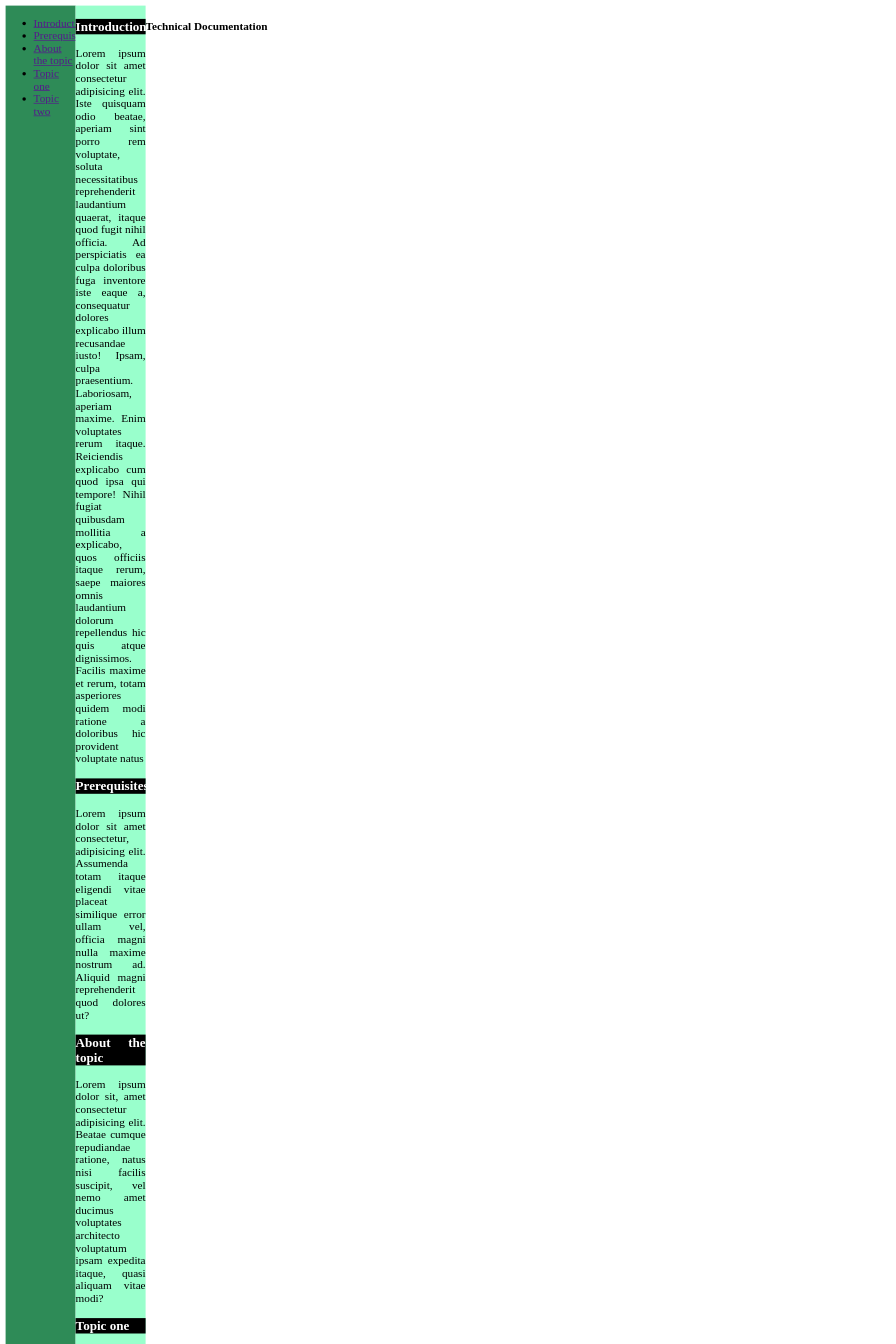
Repository: JoaoLemesDEV/Excercise-Tech-Documentation-Page
Page: index.html
The author's editor kept a copy of each file at every save. The page is drawn from the files as they stood at one save, then again after a run of saves.
The browser window is 1280 px wide. The pictures show the part of the page from y = 0 to 1920 px (the page is 2637 px tall before and 2690 px after), at 70% of full size.

Above is the page before, as saved 2021-10-03 21:23:47.

### index.html
<!DOCTYPE html>
<html lang="en">
  <head>
    <meta charset="UTF-8" />
    <meta http-equiv="X-UA-Compatible" content="IE=edge" />
    <meta name="viewport" content="width=device-width, initial-scale=1.0" />
    <title>Technical Documentaion</title>
    <link rel="stylesheet" href="index.css" />
  </head>
  <body>
    <div class="wrapper">
      <header><h4>Technical Documentation<br></h4></header>
      <div id="menu">
        <nav>
          <ul>
            <li><a href="">Introduction</a></li>
            <li><a href="">Prerequisites</a></li>
            <li><a href="">About the topic</a></li>
            <li><a href="">Topic one</a></li>
            <li><a href="">Topic two</a></li>
          </ul>
        </nav>
      </div>
      <div id="contents">
        <section id="introduction">
          <h3 style="background: black; color: white">Introduction</h3>
          <p>
            Lorem ipsum dolor sit amet consectetur adipisicing elit. Iste
            quisquam odio beatae, aperiam sint porro rem voluptate, soluta
            necessitatibus reprehenderit laudantium quaerat, itaque quod fugit
            nihil officia. Ad perspiciatis ea culpa doloribus fuga inventore
            iste eaque a, consequatur dolores explicabo illum recusandae iusto!
            Ipsam, culpa praesentium. Laboriosam, aperiam maxime. Enim
            voluptates rerum itaque. Reiciendis explicabo cum quod ipsa qui
            tempore! Nihil fugiat quibusdam mollitia a explicabo, quos officiis
            itaque rerum, saepe maiores omnis laudantium dolorum repellendus hic
            quis atque dignissimos. Facilis maxime et rerum, totam asperiores
            quidem modi ratione a doloribus hic provident voluptate natus
          </p>
        </section>
        <section id="Prerequisites">
          <h3 style="background: black; color: white">Prerequisites</h3>
          <p>
            Lorem ipsum dolor sit amet consectetur, adipisicing elit. Assumenda
            totam itaque eligendi vitae placeat similique error ullam vel,
            officia magni nulla maxime nostrum ad. Aliquid magni reprehenderit
            quod dolores ut?
          </p>
        </section>
        <section id="about the topic">
          <h3 style="background: black; color: white">About the topic</h3>
          <p>
            Lorem ipsum dolor sit, amet consectetur adipisicing elit. Beatae
            cumque repudiandae ratione, natus nisi facilis suscipit, vel nemo
            amet ducimus voluptates architecto voluptatum ipsam expedita itaque,
            quasi aliquam vitae modi?
          </p>
        </section>
        <section id="topic one">
          <h3 style="background: black; color: white">Topic one</h3>
          <p>
            Lorem ipsum dolor sit, amet consectetur adipisicing elit.
            Consectetur modi quidem minima, reprehenderit autem itaque, in
            voluptas laudantium quam ratione animi fuga voluptatum aut beatae
            dolorem velit soluta? Amet, quo.
          </p>
        </section>
        <section id="topic two">
          <h3 style="background: black; color: white">Topic two</h3>
          <p>
            Lorem ipsum dolor sit amet consectetur adipisicing elit. Quia,
            possimus fugit deleniti, maiores asperiores non dolores optio magnam
            aspernatur amet dolore ipsum in quaerat assumenda neque totam sunt
            odit dolorum.
          </p>
        </section>
      </div>
    </div>
  </body>
</html>

### index.css
#menu{
background-color: seagreen;
grid-row-start: 1;
grid-row-end: 2;

}

.wrapper {
    display: grid;
    grid-template-columns: 100px 100px 200px;
    //grid-template-rows: 150px 150px;
}

#contents{
  background-color: cadetblue;
	background: #9FC;
  text-align: justify;
  grid-row-start: 1;
  grid-row-end: 2;
}

After the next 2 saves:
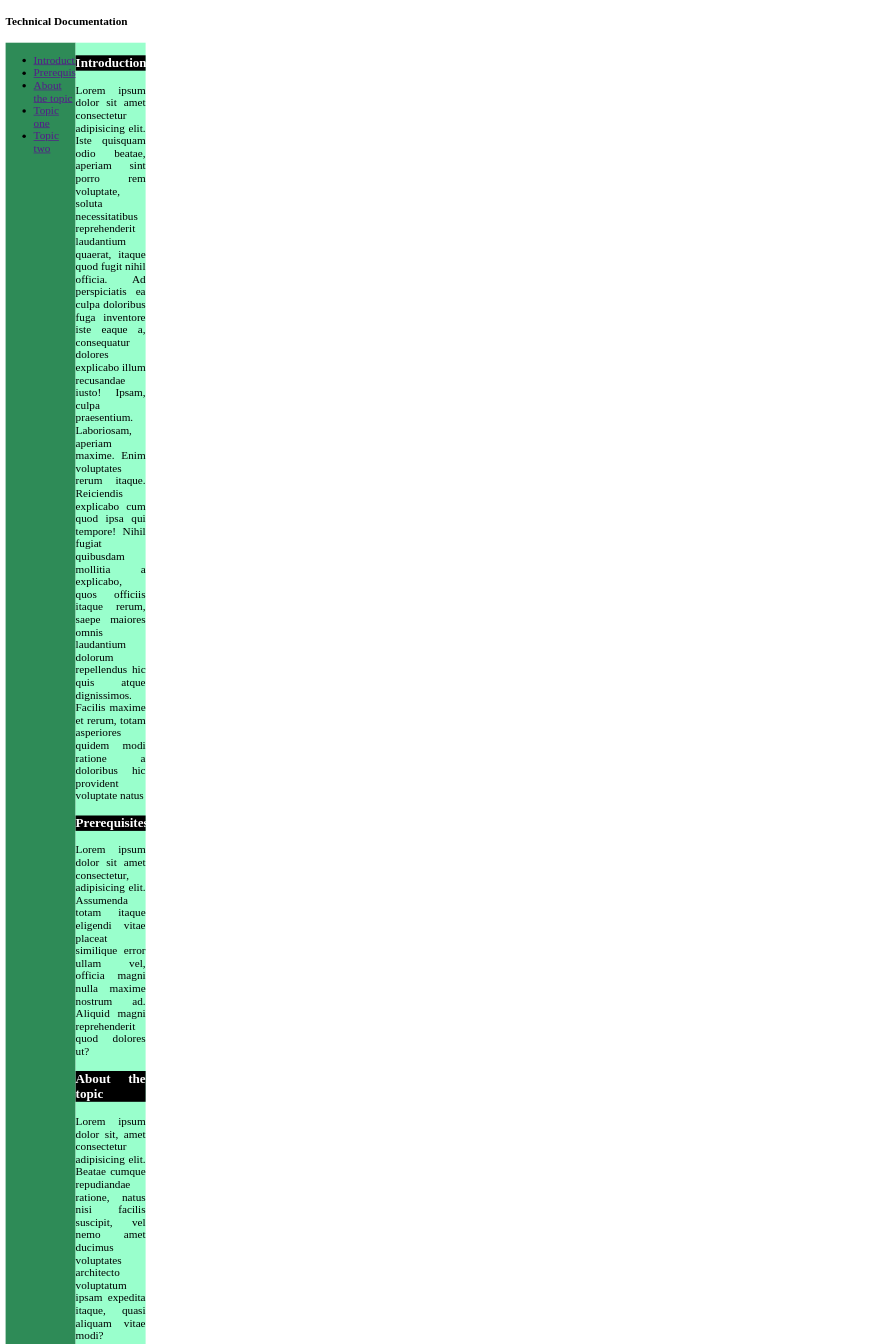
The 2 saves are shown as one change because they came seconds apart.
The last was saved 27 s later.
--- a/index.html
+++ b/index.html
@@ -8,8 +8,9 @@
     <link rel="stylesheet" href="index.css" />
   </head>
   <body>
+    <header><h4>Technical Documentation<br></h4></header>
     <div class="wrapper">
-      <header><h4>Technical Documentation<br></h4></header>
+
       <div id="menu">
         <nav>
           <ul>
